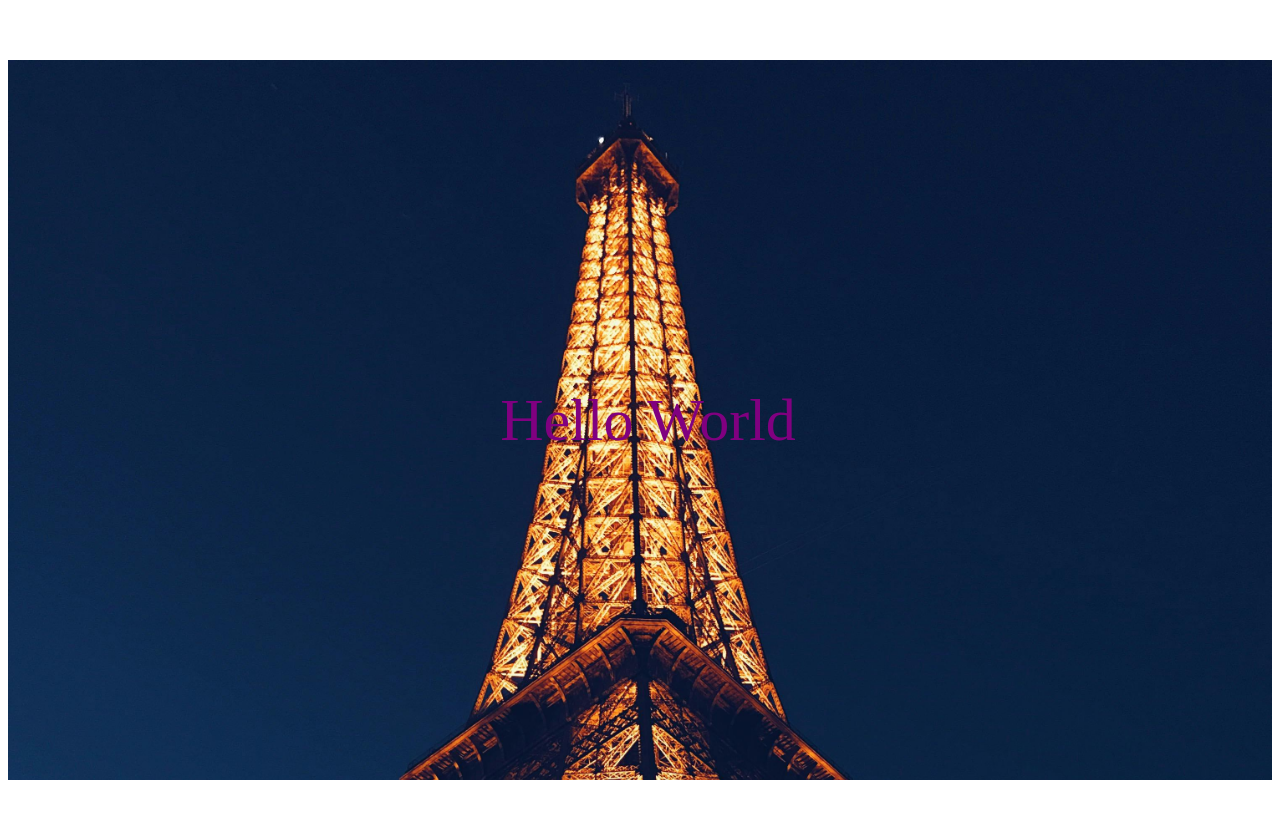
Repository: kem85/beginning
Page: web/html/learn/index.html
These files come from the project's save history. The page is drawn as it stood at one moment and after a run of saves; the edit follows.
The browser window is 1280 px wide. The page is 1288 px wide, so the pictures cover 1288 px, including what lies to the right of the window. The pictures show the whole page.
Backgrounds fixed to the window are drawn as part of the page.

Above is the page before, as saved 2024-06-15 14:39:45.

After the next 3 saves:
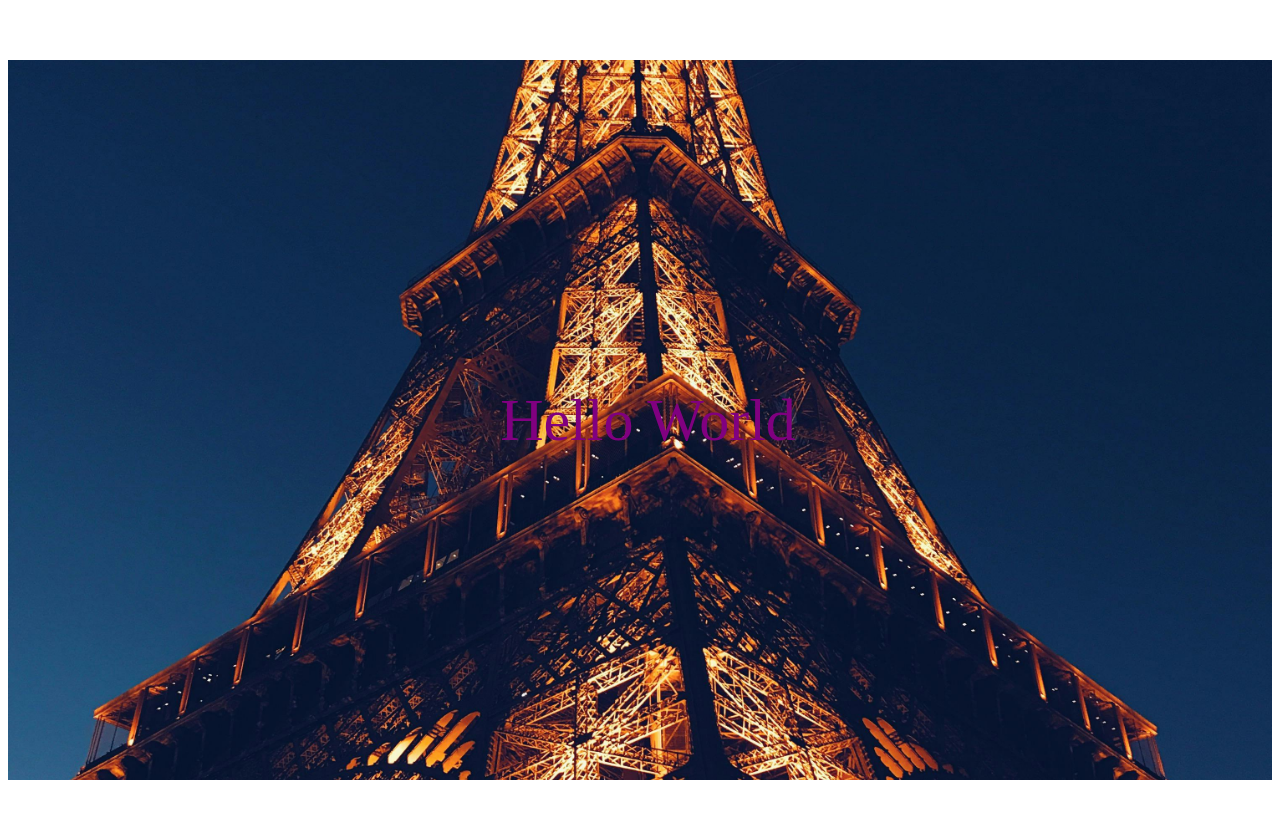
The 3 saves are shown as one change because they came seconds apart.
The last was saved 3 s later.
--- a/web/html/learn/main.css
+++ b/web/html/learn/main.css
@@ -12,5 +12,5 @@
     background: url('./relative.jpg');
     background-size: cover;
     background-attachment: fixed;
-    back
+    background-position: center;
 }
